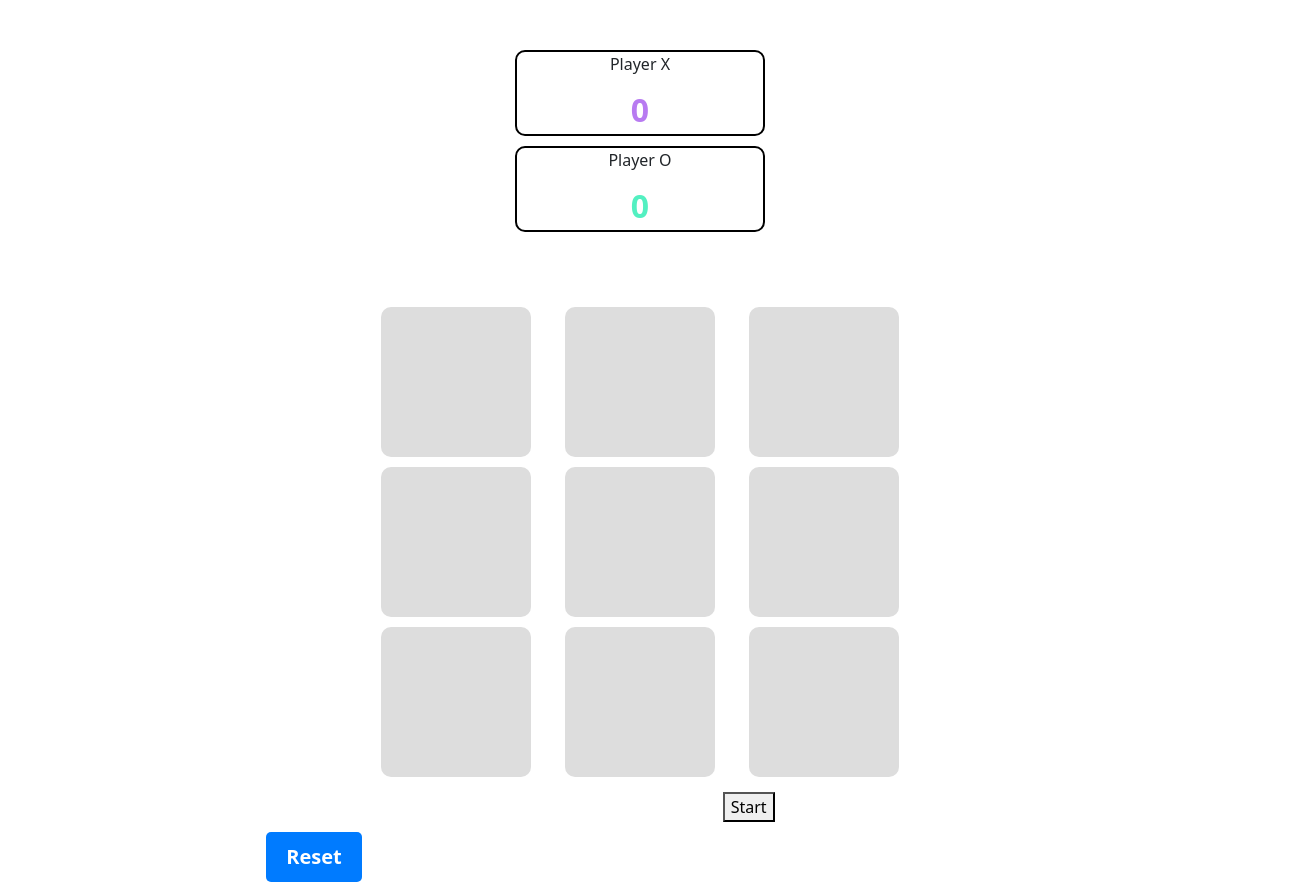
Repository: woodsdeshe/Tic-Tac-Toe
Page: index.html
An editor plug-in stored every save of this project. The page is shown before and after the next save, followed by the edit.
The browser window is 1280 px wide. The page is 1292 px wide, so the pictures cover 1292 px, including what lies to the right of the window. The pictures show the whole page.

Above is the page before, as saved 2023-03-31 21:13:00.

### index.html
<!DOCTYPE html>
<html lang="en">
  <head>
    <meta charset="UTF-8" />
    <meta http-equiv="X-UA-Compatible" content="IE=edge" />
    <meta name="viewport" content="width=device-width, initial-scale=1.0" />
    <title>Tic Tac Toe | DeShe Woods</title>
    <link rel="stylesheet" href="styles.css" />
    <link
      href="https://cdn.jsdelivr.net/npm/bootstrap@5.3.0-alpha2/dist/css/bootstrap.min.css"
      rel="stylesheet"
      integrity="sha384-aFq/bzH65dt+w6FI2ooMVUpc+21e0SRygnTpmBvdBgSdnuTN7QbdgL+OapgHtvPp"
      crossorigin="anonymous"
    />
  </head>
  <body>
    <div class="container">
      <div class="row">
        <div class="col-12 scoreboard scoreboard-left">
          <div>Player X</div>
          <div class="score-x">0</div>
        </div>
        <div class="col-12 scoreboard scoreboard-right">
          <div>Player O</div>
          <div class="score-o">0</div>
        </div>
      </div>
      <div class="message"></div>
      <div class="container game-board">
        <div class="row">
          <div class="col-4">
            <div class="tile square-1"></div>
          </div>
          <div class="col-4">
            <div class="tile square-2"></div>
          </div>
          <div class="col-4">
            <div class="tile square-3"></div>
          </div>
        </div>
        <div class="row">
          <div class="col-4">
            <div class="tile square-4"></div>
          </div>
          <div class="col-4">
            <div class="tile square-5"></div>
          </div>
          <div class="col-4">
            <div class="tile square-6"></div>
          </div>
        </div>
        <div class="row">
          <div class="col-4">
            <div class="tile square-7"></div>
          </div>
          <div class="col-4">
            <div class="tile square-8"></div>
          </div>
          <div class="col-4">
            <div class="tile square-9"></div>
          </div>
        </div>
      </div>
      </div>
      <div class="row">
        <div class="col-6">
          <div class="reset">
            <button class="reset-btn">Reset</button>
          </div>
        </div>
        <div class="col-2"> <div class="start">
          <button class="startBtn">Start</button>
        </div></div>

      </div>
    </div>
    <script
      src="https://cdn.jsdelivr.net/npm/bootstrap@5.3.0-alpha2/dist/js/bootstrap.bundle.min.js"
      integrity="sha384-qKXV1j0HvMUeCBQ+QVp7JcfGl760yU08IQ+GpUo5hlbpg51QRiuqHAJz8+BrxE/N"
      crossorigin="anonymous"
    ></script>
    <script src="script.js"></script>
  </body>
</html>

### styles.css
.container {
  display: flex;
  flex-direction: column;
  align-items: center;
  margin-top: 50px;
}

.scoreboard {
  display: flex;
  flex-direction: column;
  align-items: center;
  border: 2px solid black;
  border-radius: 10px;
  width: 200px;
}

.scoreboard-left {
  margin-right: 70px;
  margin-bottom: 10px;
}

.scoreboard-right {
  margin: 0;
}

.score-x {
  font-size: 48px;
  color: rgb(184, 123, 241);
}

.score-o {
  font-size: 48px;
  color: rgb(83, 240, 193);
}

.score-x,
.score-o {
  font-size: 2em;
  font-weight: bold;
  margin-top: 10px;
}

.message {
  font-size: 2em;
  margin-bottom: 20px;
}

.game-board {
  display: flex;
  justify-content: center;
}

.tile {
  width: 150px;
  height: 150px;
  background-color: #ddd;
  margin: 5px;
  border-radius: 10px;
  display: flex;
  justify-content: center;
  align-items: center;
  font-size: 50px;
  font-weight: bold;
  cursor: pointer;
}

.reset {
  text-align: center;
  margin-top: 50px;
}

.reset-btn {
  font-size: 20px;
  font-weight: bold;
  padding: 10px 20px;
  background-color: #007bff;
  color: white;
  border-radius: 5px;
  border: none;
  cursor: pointer;
}

.start {
    text-align: center;
    margin-top: 10px;
}

.x-symbol {
    color: rgb(184, 123, 241);
}

.o-symbol {
    color: rgb(83, 240, 193);
}

@media (max-width: 767px) {
  .scoreboard {
    margin-bottom: 20px;
  }
}

### script.js
// Variables that access the squares, reset button, scoreboards , and messaging for the game that will stay constant
const gameBoard = document.querySelector(".game-board");
const resetBtn = document.querySelector(".reset-btn");
const scoreboardX = document.querySelector(".score-x");
const scoreboardO = document.querySelector(".score-o");
const message = document.querySelector(".message");
const tile = document.querySelectorAll(".tile");

// Variables that access the current player, game over, X and O scores that will change based on conditions of the game
let currentPlayer = "X";
let gameOver = false;
let xScore = 0;
let oScore = 0;

// This event listener will check to see if the tiles are empty and will fill them with the symbol of the current player

gameBoard.addEventListener("click", (event) => {
  event.preventDefault();

  //This if statement checks to see if the game is over before allowing the players to continue playing. If gameOver is true, then the board becomes unclickable
  if (gameOver) {
    return;
  }

  // This variable will hold the square that gets clicked using the .target property
  const square = event.target;

  // Checks to see if the square contains a class of tile and the square is empty. If it's empty then the square will contain a symbol and alternate the symbol according to the current player
  if (square.classList.contains("tile") && square.textContent === "") {
    // This if statement adds or removes the appropriate symbol class based on the current player so that the colors of the symbols will be different
    if (currentPlayer === "X") {
      square.classList.add("x-symbol");
      square.classList.remove("o-symbol");
    } else {
      square.classList.add("o-symbol");
      square.classList.remove("x-symbol");
    }

    square.textContent = currentPlayer;

    //Updates the message variable to show who's turn it is on the screen
    message.textContent = `It's ${currentPlayer} turn`;

    currentPlayer = currentPlayer === "X" ? "O" : "X";
  }

  //Calls the checkForWinner function after each turn to see if a player has won
  checkForWinner();
});

// Check to see if the tiles contain a winning play of a specific player
function currentPlay(plays, player) {
  // The .every method checks through every tile within the player array that checks to see if they contain the current players symbol with a boolean "true" or "false"
  return plays.every((tile) => {
    tileElement = document.querySelector(`.square-${tile}`);
    return tileElement.textContent === player;
  });
}

// This function will check to see which player has the winning set after each move
function checkForWinner() {
  // Nested arrays that show all the winning plays that are needed to win
  const winningPlays = [
    [1, 2, 3],
    [4, 5, 6],
    [7, 8, 9],
    [1, 4, 7],
    [2, 5, 8],
    [3, 6, 9],
    [1, 5, 9],
    [3, 5, 7],
  ];

  // Loops through each array within "winingPlays" and stores the values in the variable "plays"
  for (let i = 0; i < winningPlays.length; i++) {
    const plays = winningPlays[i];

    // Create if/else conditions that will check to see if the current player has a winning play thats in 'winningPlays', if no one wins, it calls the "itsATie" function to alert the players that the game is over and prevents the players from continuing to play using th endGame function"
    if (currentPlay(plays, "X")) {
      xScore++;
      scoreboardX.textContent = xScore;
      message.textContent = "Player X Wins!";
      gameOver = true;
      endGame();
    } else if (currentPlay(plays, "O")) {
      oScore++;
      scoreboardO.textContent = oScore;
      message.textContent = "Player O Wins!";
      gameOver = true;
      endGame();
    } else if (itsATie()) {
      message.textContent = "Game over! It's a tie!!!";
      gameOver = true;
      endGame();
    }
  }

  // This function iterates through all the tiles on the board and checks to see if the board is full. If there isn't any empty tiles left, it returns true.
  function itsATie() {
    for (let i = 0; i < tile.length; i++) {
      if (tile[i].textContent === "") {
        return false;
      }
    }
    return true;
  }

  // This function iterates through all the tiles in the game and removes the gameBoard listener so that the board is no longer clickable when the game is over
  function endGame() {
    for (let i = 0; i < tile.length; i++) {
      tile[i].removeEventListener("click", handleClick);
    }
  }
}

//This function resets the game
function resetGame() {
  currentPlayer = "X";
  gameOver = false;
  message.textContent = `It's ${currentPlayer} turn`;
  scoreboardX.textContent = "0";
  scoreboardO.textContent = "0";
  xScore = 0;
  oScore = 0;

  // Clears the board by setting the text content of all tiles to an empty string
  tile.forEach((tile) => {
    tile.textContent = "";
  });

  // Add back the event listener to each tile so that they are clickable again
  tile.forEach((tile) => {
    tile.addEventListener("click", handleTileClick);
  });
}

resetBtn.addEventListener("click", () => {
  resetGame();
});

After the next save:
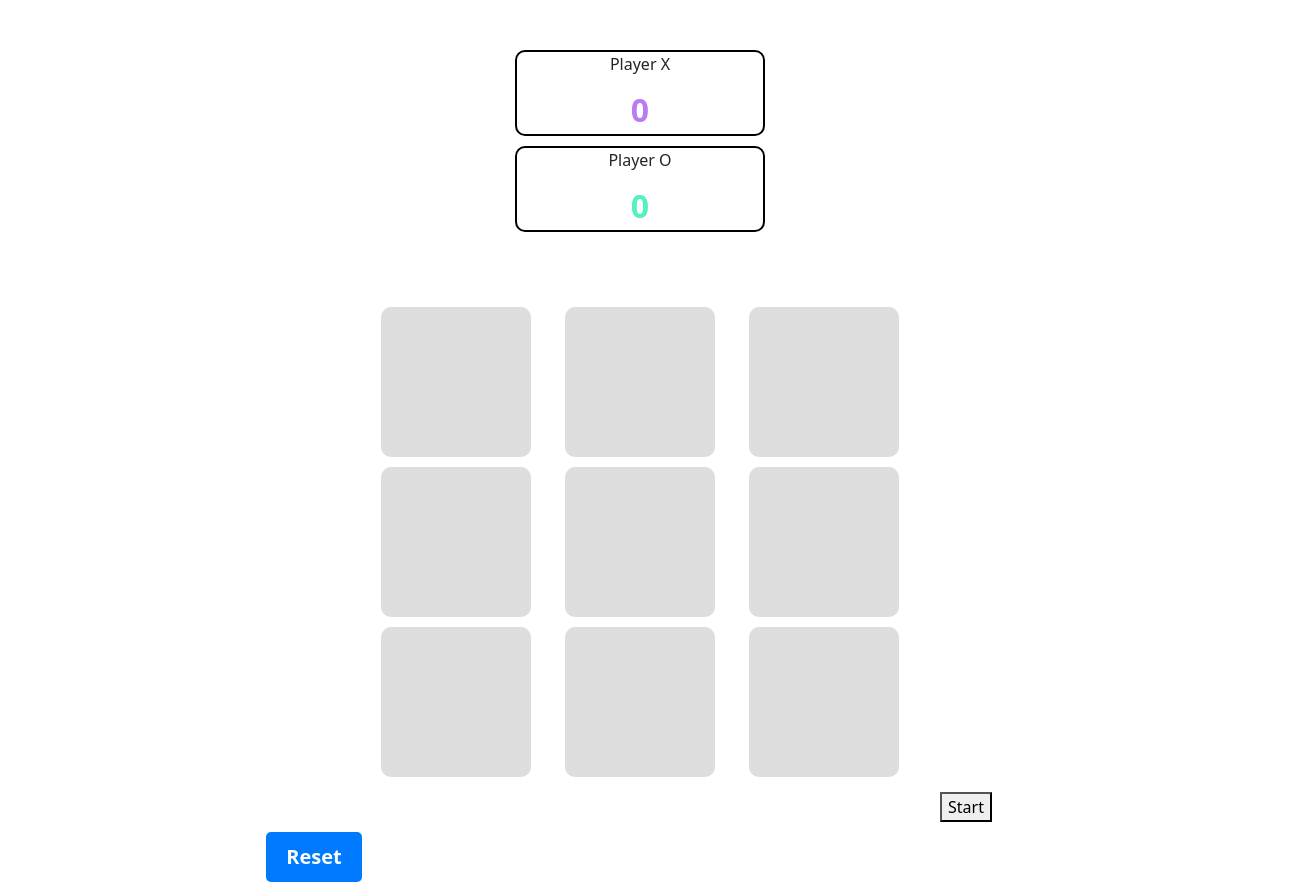
Saved 4 s later.
--- a/index.html
+++ b/index.html
@@ -68,7 +68,7 @@
             <button class="reset-btn">Reset</button>
           </div>
         </div>
-        <div class="col-2"> <div class="start">
+        <div class="col-6"> <div class="start">
           <button class="startBtn">Start</button>
         </div></div>
 
